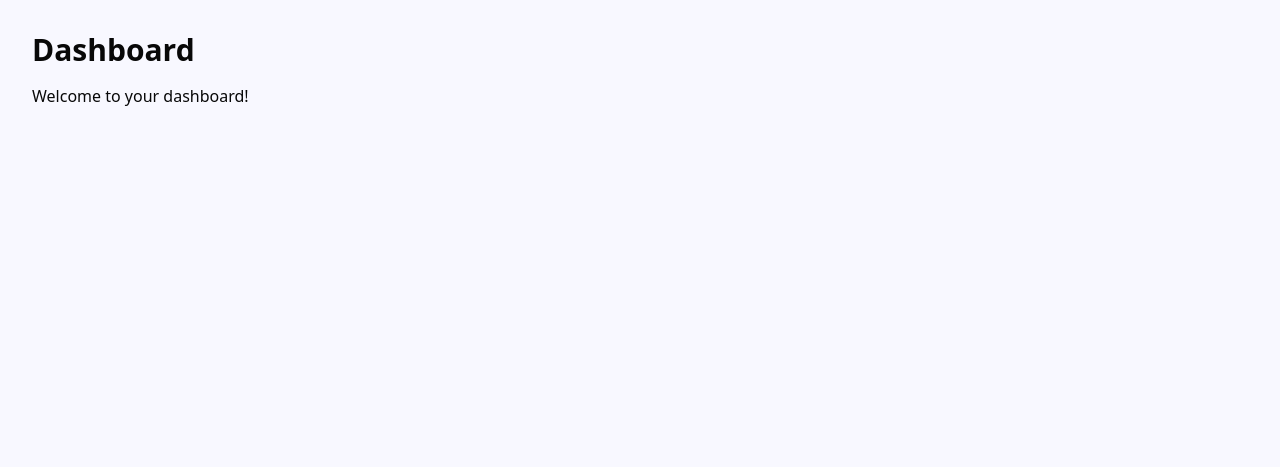
Repository: Renzo-Salosagcol/cog_tracker
Page: /dashboard
The author's editor kept a copy of each file at every save. The page is drawn from the files as they stood at one save, then again after the next save.
The browser window is 1280 px wide. The pictures show the whole page.
The project was rebuilt for these pictures with package versions that can differ from the ones it lists, and the page was loaded fresh each time. The framework's server and built-in components were replaced by stand-ins that run in the browser. Also part of the build but not shown: next.config.ts.

Above is the page before, as saved 2025-12-23 21:21:15.

After the next save:
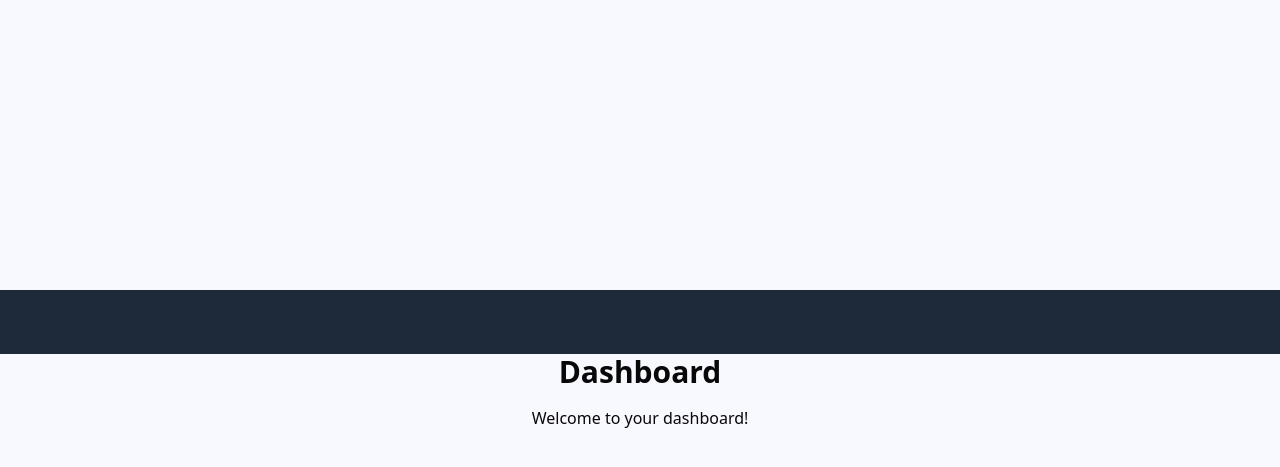
Saved 69 s later.
--- a/app/dashboard/page.tsx
+++ b/app/dashboard/page.tsx
@@ -1,6 +1,9 @@
+import { Navbar } from "@/components/navbar";
+
 export default function DashboardPage() {
   return (
-    <div className="p-8">
+    <div className="root-page-element bg-background">
+      <Navbar />
       <h1 className="text-3xl font-bold mb-4">Dashboard</h1>
       <p>Welcome to your dashboard!</p>
     </div>
